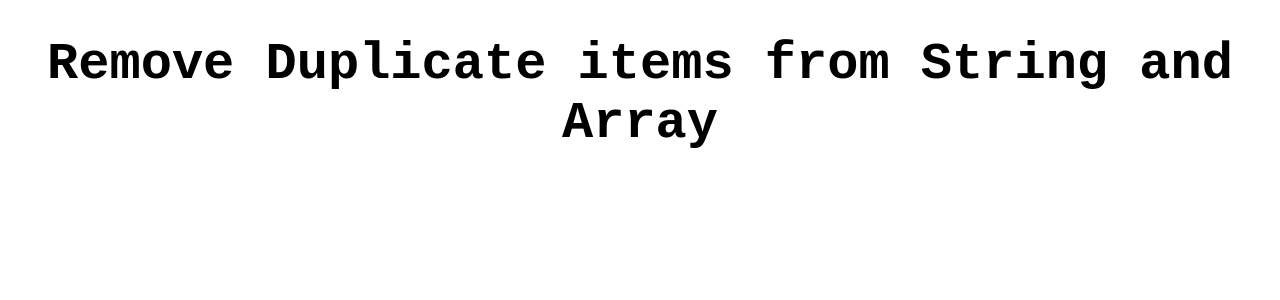
Repository: s-babaeizadeh/Remove-Duplicate-Values-from-JS-Array
Page: index.html
An editor plug-in stored every save of this project. The page is shown before and after the next save, followed by the edit.
The browser window is 1280 px wide. The pictures show the whole page.

Above is the page before, as saved 2024-07-22 13:20:23.

After the next save:
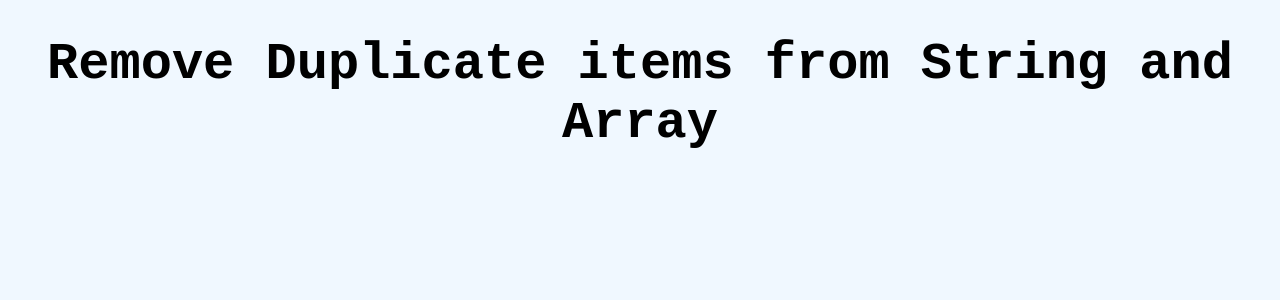
Saved 32 s later.
--- a/style.css
+++ b/style.css
@@ -2,4 +2,5 @@ body {
   text-align: center;
   font-size: xx-large;
   font-family: monospace;
+  background-color: aliceblue;
 }
